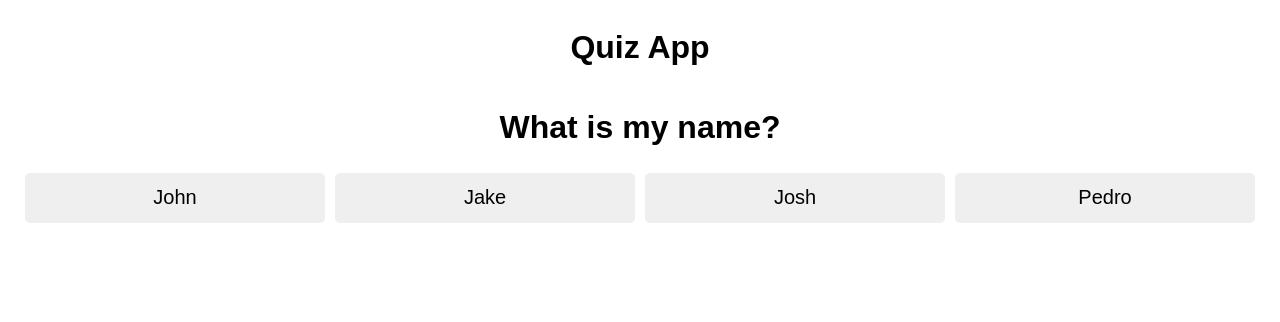
Repository: Wahid137/quiz-app
Page: /, after clicking the first element matching `button`
An editor plug-in stored every save of this project. The page is shown before and after the next save, followed by the edit.
The browser window is 1280 px wide. The pictures show the whole page.
The project was rebuilt for these pictures with package versions that can differ from the ones it lists, and the page was loaded fresh each time. Also part of the build but not shown: vite.config.js, src/components/EndScreen.jsx, src/index.css.

Above is the page before, as saved 2023-09-17 02:05:07.

After the next save:
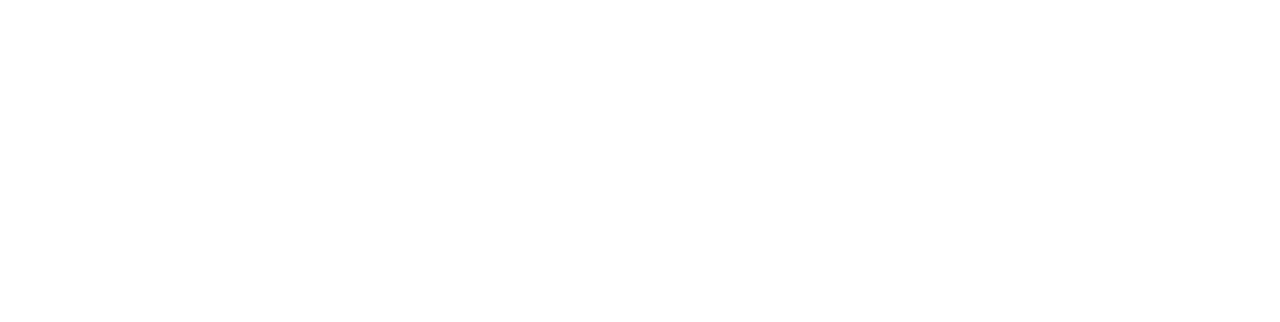
Console error: ReferenceError: nextQuestion is not defined
Saved 112 s later.
--- a/src/components/Quiz.jsx
+++ b/src/components/Quiz.jsx
@@ -23,6 +23,15 @@
           {Questions[currentQuestion].optionD}
         </button>
       </div>
+      {currentQuestion == Questions.length - 1 ? (
+        <button onClick={finishQuiz} id="nextQuestion">
+          Finish Quiz
+        </button>
+      ) : (
+        <button onClick={nextQuestion} id="nextQuestion">
+          Next Question
+        </button>
+      )}
     </div>
   );
 };

After the 4 saves that followed:
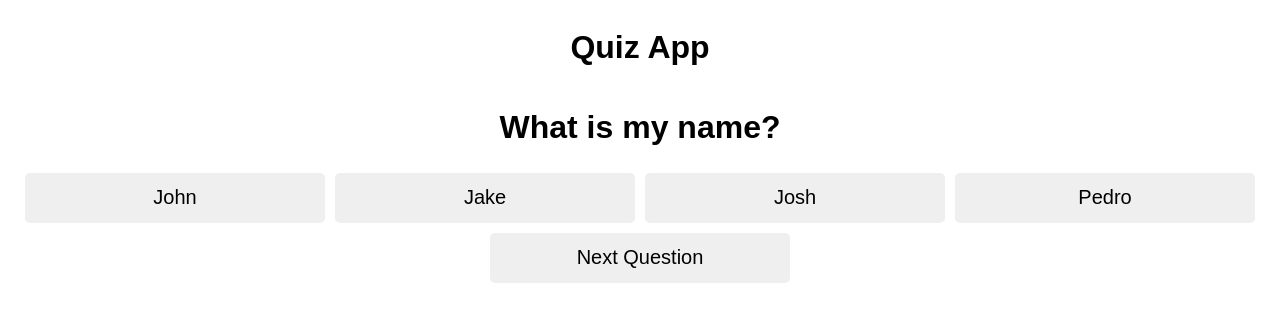
The error is gone.
The 4 saves are shown as one change because 3 left the picture as it was.
The last was saved 6 min 32 s later.
--- a/src/components/Quiz.jsx
+++ b/src/components/Quiz.jsx
@@ -1,28 +1,42 @@
 import { useState } from "react";
 import "../App.css";
 import { Questions } from "../helpers/Questions";
+import { GameStateContext } from "../helpers/Context";
 
 const Quiz = () => {
   const [currentQuestion, setCurrentQuestion] = useState(0);
   const [optionChosen, setOptionChosen] = useState("");
 
+  const { score, setScore, gameState, setGameState } =
+    useState(GameStateContext);
+
+  const chooseOption = (option) => {
+    setOptionChosen(option);
+  };
+  const nextQuestion = () => {
+    if (Questions[currentQuestion].asnwer == optionChosen) {
+      setScore(score + 1);
+    }
+    setCurrentQuestion(currentQuestion + 1);
+  };
   return (
     <div className="Quiz">
       <h1>{Questions[currentQuestion].prompt}</h1>
       <div className="questions">
-        <button onClick={() => setOptionChosen("A")}>
+        <button onClick={() => chooseOption("A")}>
           {Questions[currentQuestion].optionA}
         </button>
-        <button onClick={() => setOptionChosen("B")}>
+        <button onClick={() => chooseOption("B")}>
           {Questions[currentQuestion].optionB}
         </button>
-        <button onClick={() => setOptionChosen("C")}>
+        <button onClick={() => chooseOption("C")}>
           {Questions[currentQuestion].optionC}
         </button>
-        <button onClick={() => setOptionChosen("D")}>
+        <button onClick={() => chooseOption("D")}>
           {Questions[currentQuestion].optionD}
         </button>
       </div>
+
       {currentQuestion == Questions.length - 1 ? (
         <button onClick={finishQuiz} id="nextQuestion">
           Finish Quiz
